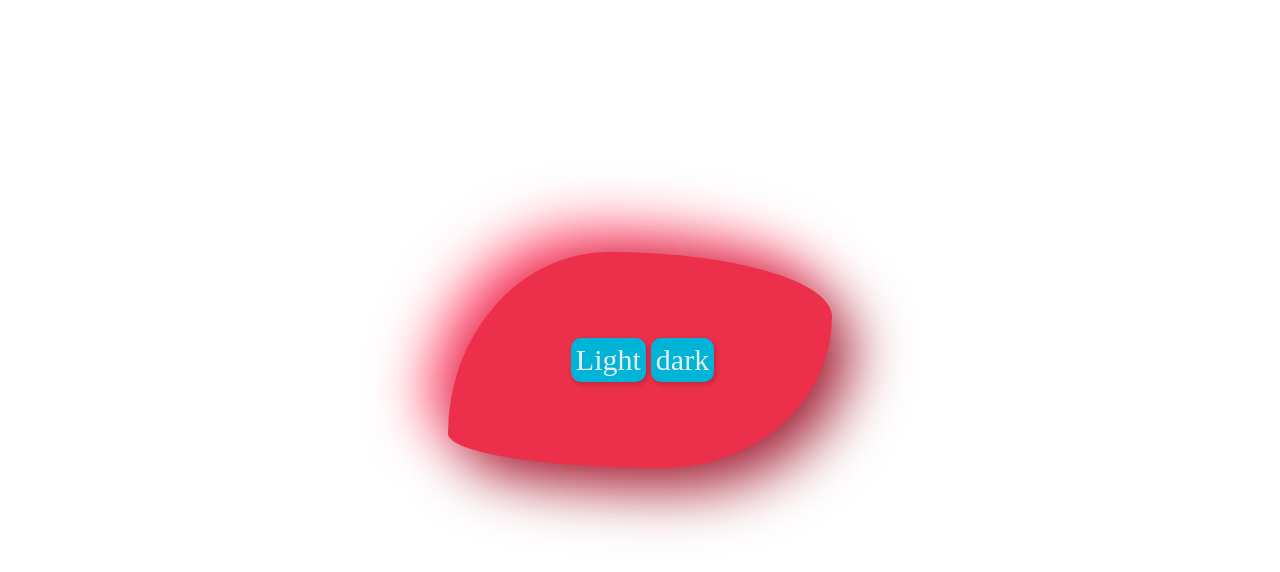
Repository: Yuukicoder/basicProject
Page: project1.html
The author's editor kept a copy of each file at every save. The page is drawn from the files as they stood at one save, then again after the next save.
The browser window is 1280 px wide. The pictures show the whole page.
Some web fonts or font styles are not loaded; a fallback is used.

Above is the page before, as saved 2023-02-24 22:40:56.

After the next save:
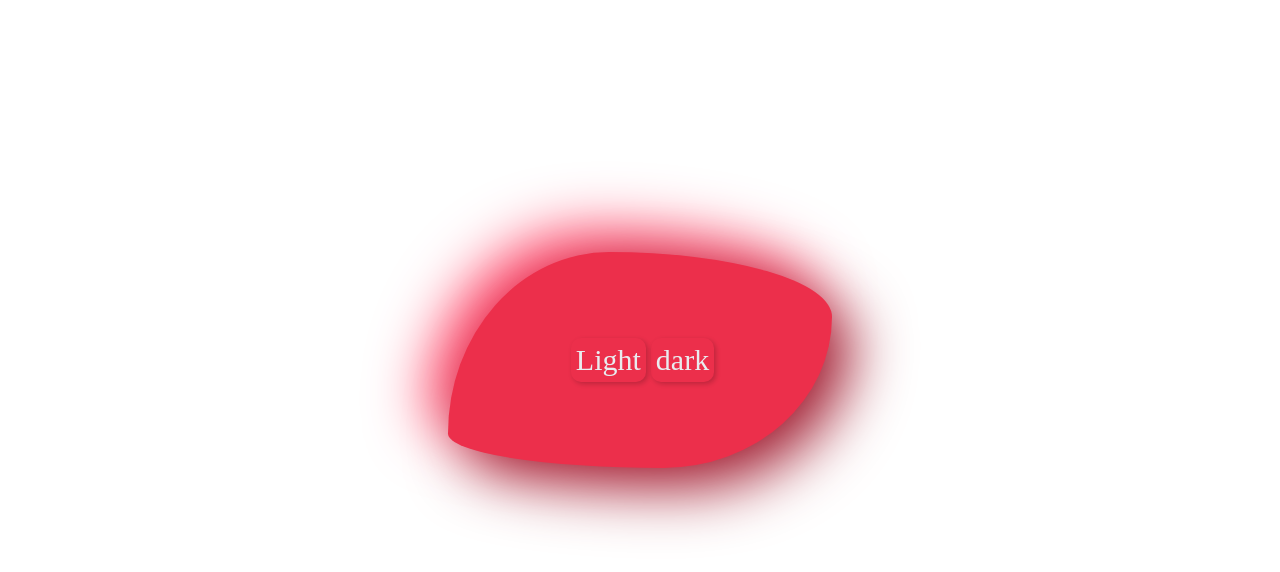
Saved 12 s later.
--- a/assets/css/project1.css
+++ b/assets/css/project1.css
@@ -7,7 +7,7 @@
   /* border: 1px solid black; */
 }
 :root {
-  --button: #00b4d8;
+  /* --button: #00b4d8; */
   --text: #e9ecef;
 }
 body {

After the save that followed:
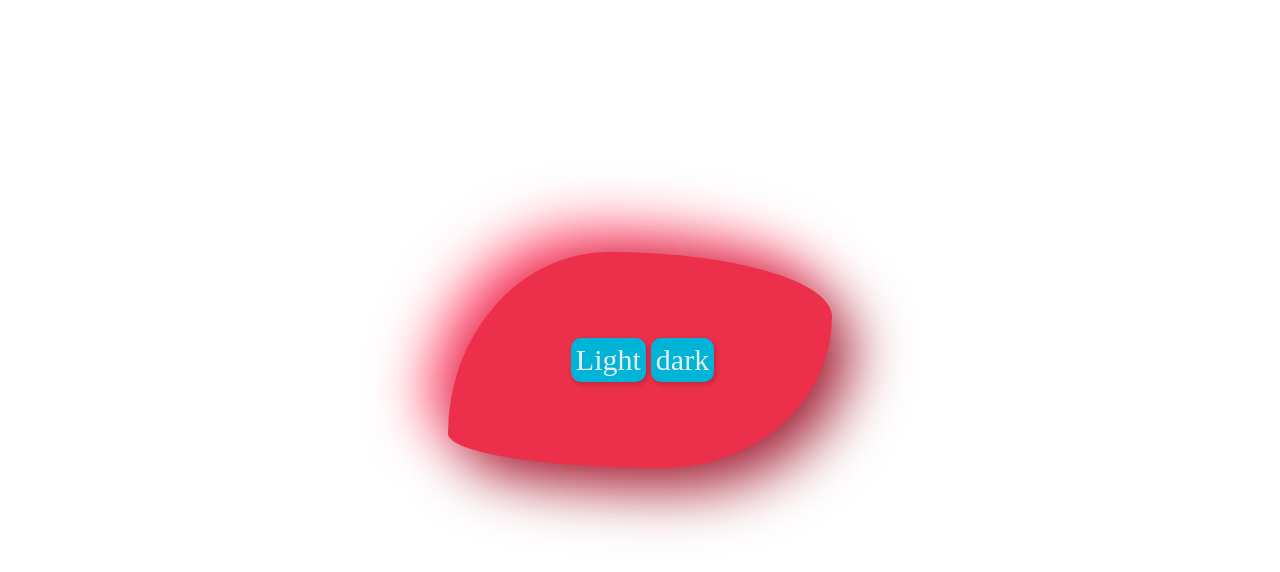
Saved 8 s later.
--- a/assets/css/project1.css
+++ b/assets/css/project1.css
@@ -7,7 +7,7 @@
   /* border: 1px solid black; */
 }
 :root {
-  /* --button: #00b4d8; */
+  --button: #00b4d8;
   --text: #e9ecef;
 }
 body {
